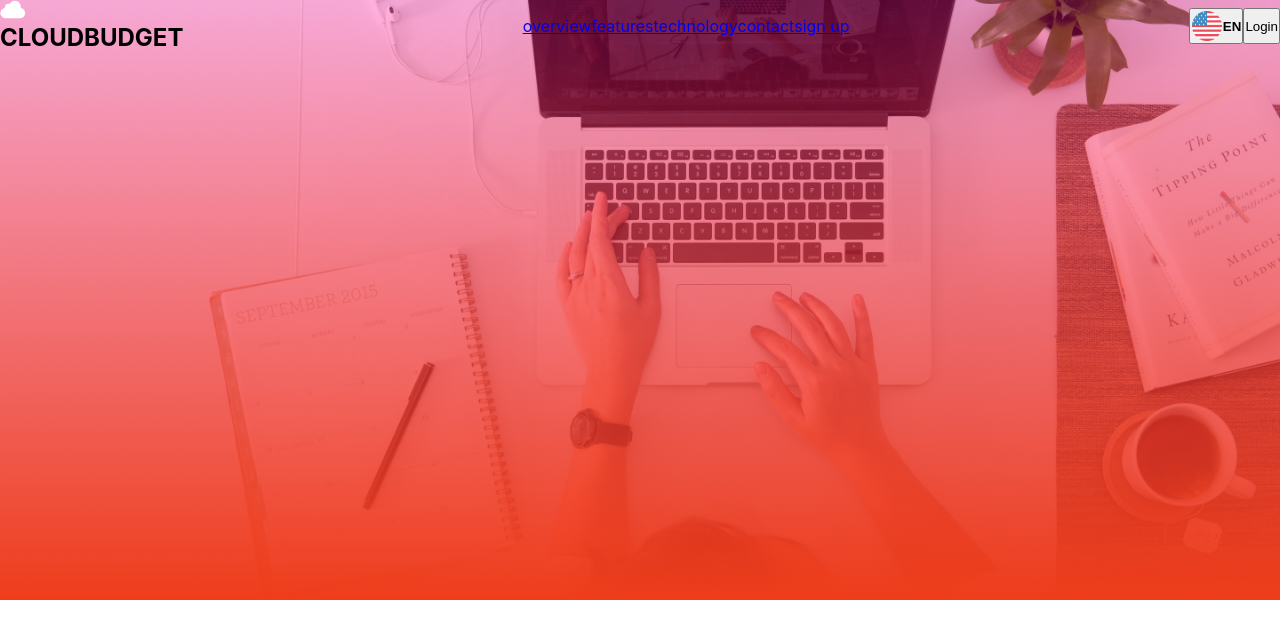
Repository: Ola-22/cloudBudget
Page: /
The author's editor kept a copy of each file at every save. The page is drawn from the files as they stood at one save, then again after the next save.
The browser window is 1280 px wide. The pictures show the whole page.
The project was rebuilt for these pictures with package versions that can differ from the ones it lists, and the page was loaded fresh each time.

Above is the page before, as saved 2021-09-12 13:56:36.

### src/App.js
import "./App.css";
import Navbar from "./Components/Navbar";

function App() {
  return (
    <div className="App">
      <div
        className="app-main"
        style={{
          backgroundImage:
            "linear-gradient(0deg, #EE3D1B, rgba(255, 0, 150, 0.3)),url(/bg.png)",
          height: "600px",
        }}
      >
        <Navbar />
        {/* <div className="overlay"></div> */}
      </div>
    </div>
  );
}

export default App;

### src/App.css
*{
  margin: 0;
  padding: 0;
  box-sizing: border-box;
}

.app-main{
  height: 600px;
  background-position: center;
  background-repeat: no-repeat;
  background-size: cover;
  position: relative;
}

.overlay{
  position: fixed;
  width: 100%;
  height: 100%;
  top: 0;
  left: 0;
  right: 0;
  bottom: 0;
  background-color: #EE3D1B;
  z-index: 2;
  cursor: pointer;
}

### src/Components/Navbar/index.jsx
import "./style.css";

function Navbar() {
  return (
    <div className="nav-main">
      <div>
        <img src="/Vector.png" alt="" />
        <h2>CLOUDBUDGET</h2>
      </div>
      <div>
        <a href="#">overview</a>
        <a href="#">features</a>
        <a href="#">technology</a>
        <a href="#">contact</a>
        <a href="#">sign up</a>
      </div>
      <div style={{ display: "flex" }}>
        <button style={{ display: "flex", alignItems: "center" }}>
          <img src="/flag.png" alt="" />
          <h4>EN</h4>
        </button>
        <button>Login</button>
      </div>
    </div>
  );
}

export default Navbar;

### src/Components/Navbar/style.css
.nav-main{
  display: flex;
  align-items: center;
  justify-content: space-between;
}

Loaded but not shown: public/index.html (common file); src/index.js (common file); src/index.css (common file); src/reportWebVitals.js (common file)

After the next save:
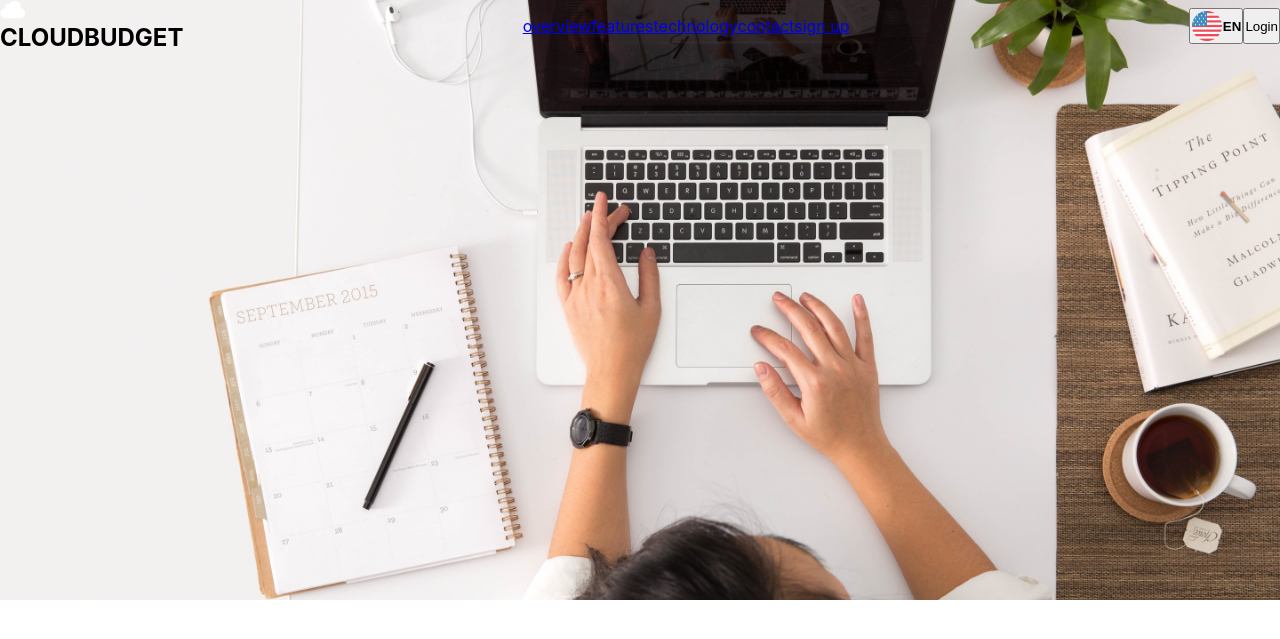
Saved 2 min 22 s later.
--- a/src/App.js
+++ b/src/App.js
@@ -7,9 +7,9 @@ function App() {
       <div
         className="app-main"
         style={{
-          backgroundImage:
-            "linear-gradient(0deg, #EE3D1B, rgba(255, 0, 150, 0.3)),url(/bg.png)",
+          backgroundImage: "url(/bg.png)",
           height: "600px",
+          backgroundColor: "#EE3D1B",
         }}
       >
         <Navbar />
